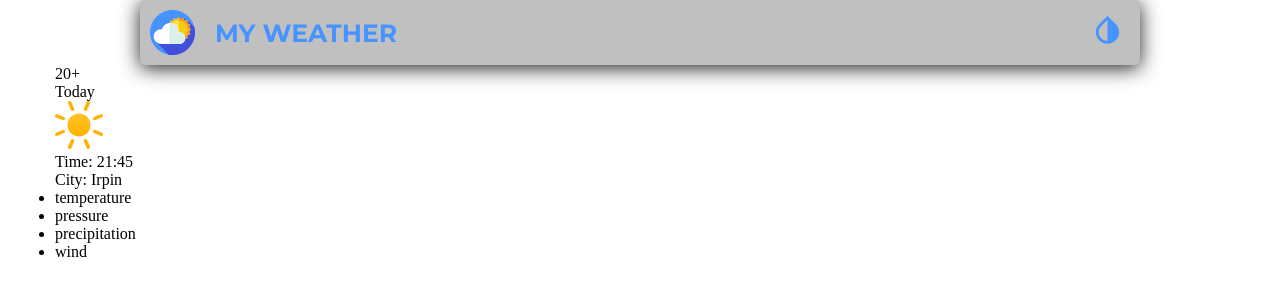
Repository: YuraKrvz/my_weather2
Page: /
These files come from the project's save history. The page is drawn as it stood at one moment and after the next save; the edit follows.
The browser window is 1280 px wide. The pictures show the whole page.
The project was rebuilt for these pictures with package versions that can differ from the ones it lists, and the page was loaded fresh each time. Also part of the build but not shown: src/components/MyWeather/MyWeather.module.css.

Above is the page before, as saved 2022-01-25 17:53:46.

After the next save:
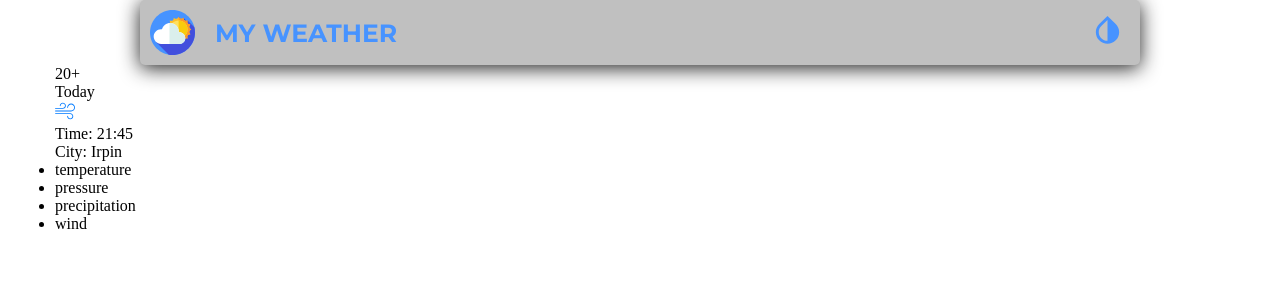
Saved 14 s later.
--- a/src/components/MyWeather/MyWeather.jsx
+++ b/src/components/MyWeather/MyWeather.jsx
@@ -11,7 +11,7 @@
                <p className={s.temp__main}>20+</p>
                <p className={s.day}>Today</p>
             </span>
-            <GeneratorSvgIcon id='sun' />
+            <GeneratorSvgIcon id='wind' />
          </span>
          <p className={s.time}>Time: 21:45</p>
          <p className={s.city}>City: Irpin</p>
